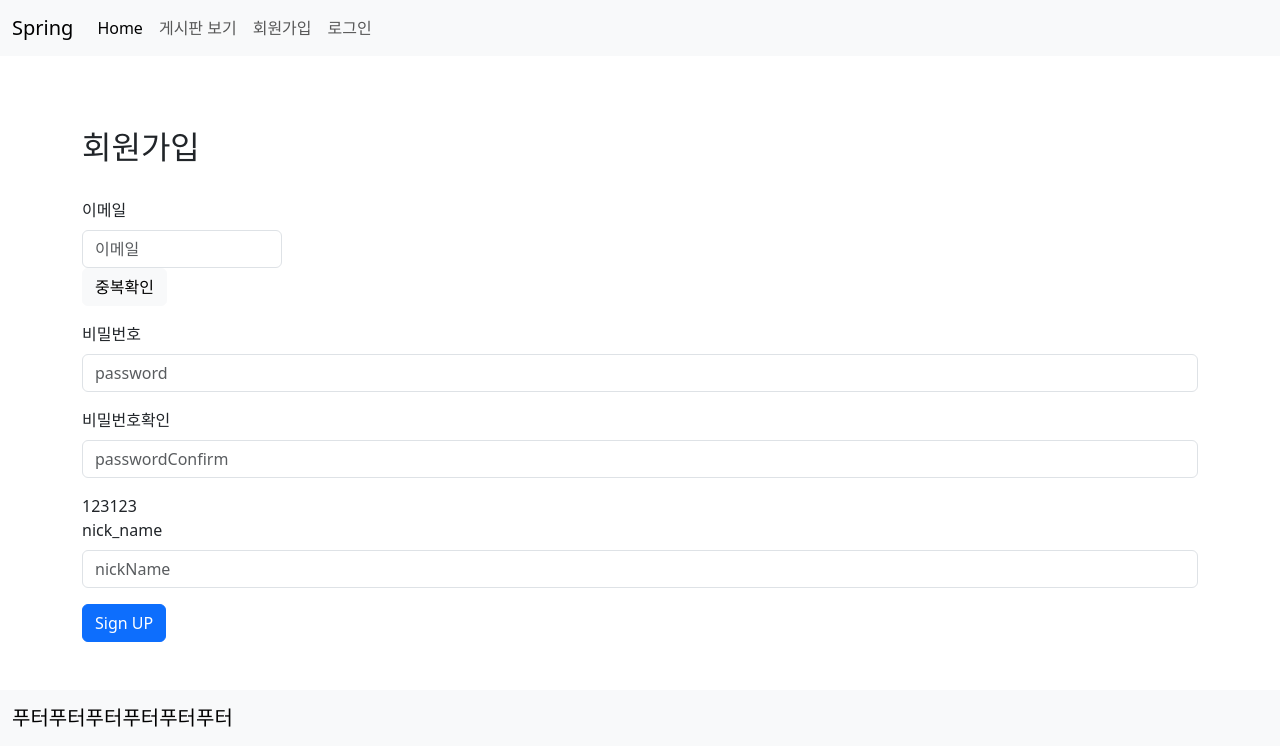
Repository: Jensuchan/spring_solo_project
Page: http://localhost/spring_test/WEB-INF/views/member/register.jsp
An editor plug-in stored every save of this project. The page is shown before and after the next save, followed by the edit.
The browser window is 1280 px wide. The pictures show the whole page.
The page is served by Tomcat 9. Nobody is signed in. The template is opened directly, without the code that normally fills it, so the values that code supplies are empty.

Above is the page before, as saved 2024-01-18 03:00:23.
Console error: TypeError: Cannot read properties of null (reading 'addEventListener')

After the next save:
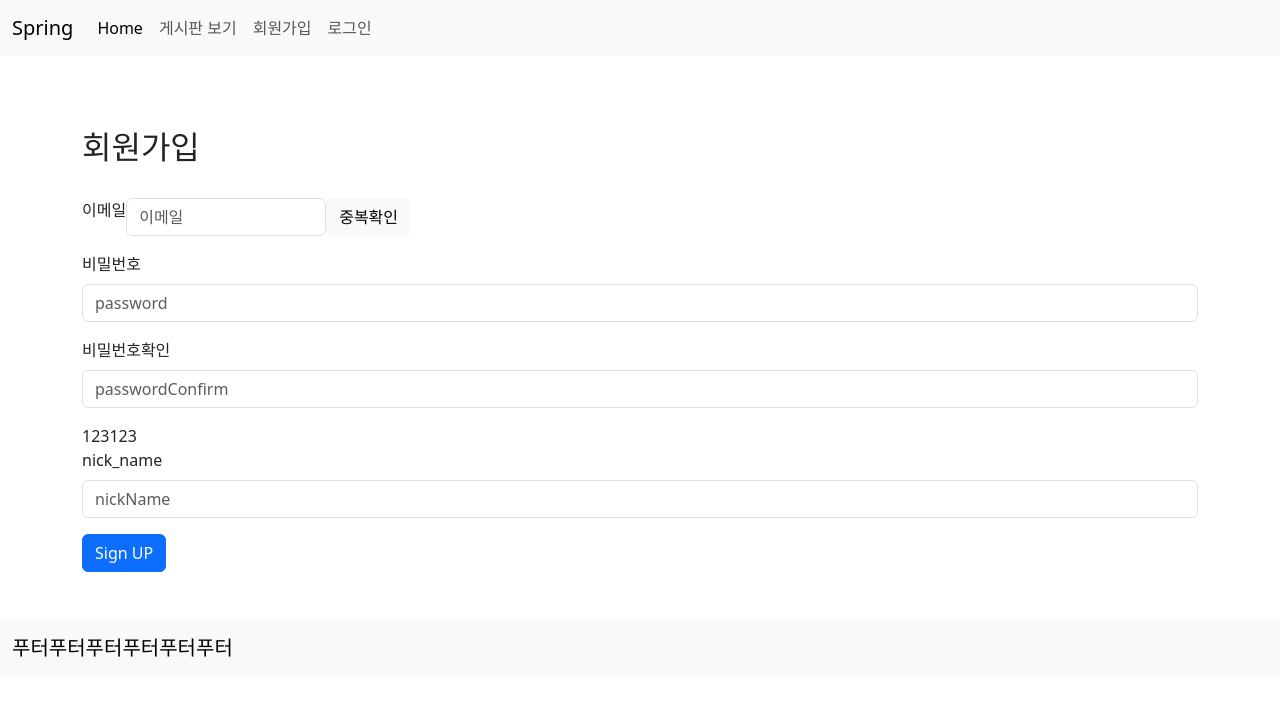
Saved 28 s later.
--- a/spring_test/src/main/webapp/WEB-INF/views/member/register.jsp
+++ b/spring_test/src/main/webapp/WEB-INF/views/member/register.jsp
@@ -10,7 +10,7 @@
 	<h2>회원가입</h2>
 	<br>
 	<form action="/member/register" method="post">
-		<div class="mb-3">
+		<div class="mb-3" style="display: flex">
 			<label for="email" class="form-label">이메일</label>
 			<input type="email" name="email" class="form-control" id="email" placeholder="이메일" style="width: 200px; display: float">
 			<button type="button" class="btn btn-light" id="validationId">중복확인</button>
